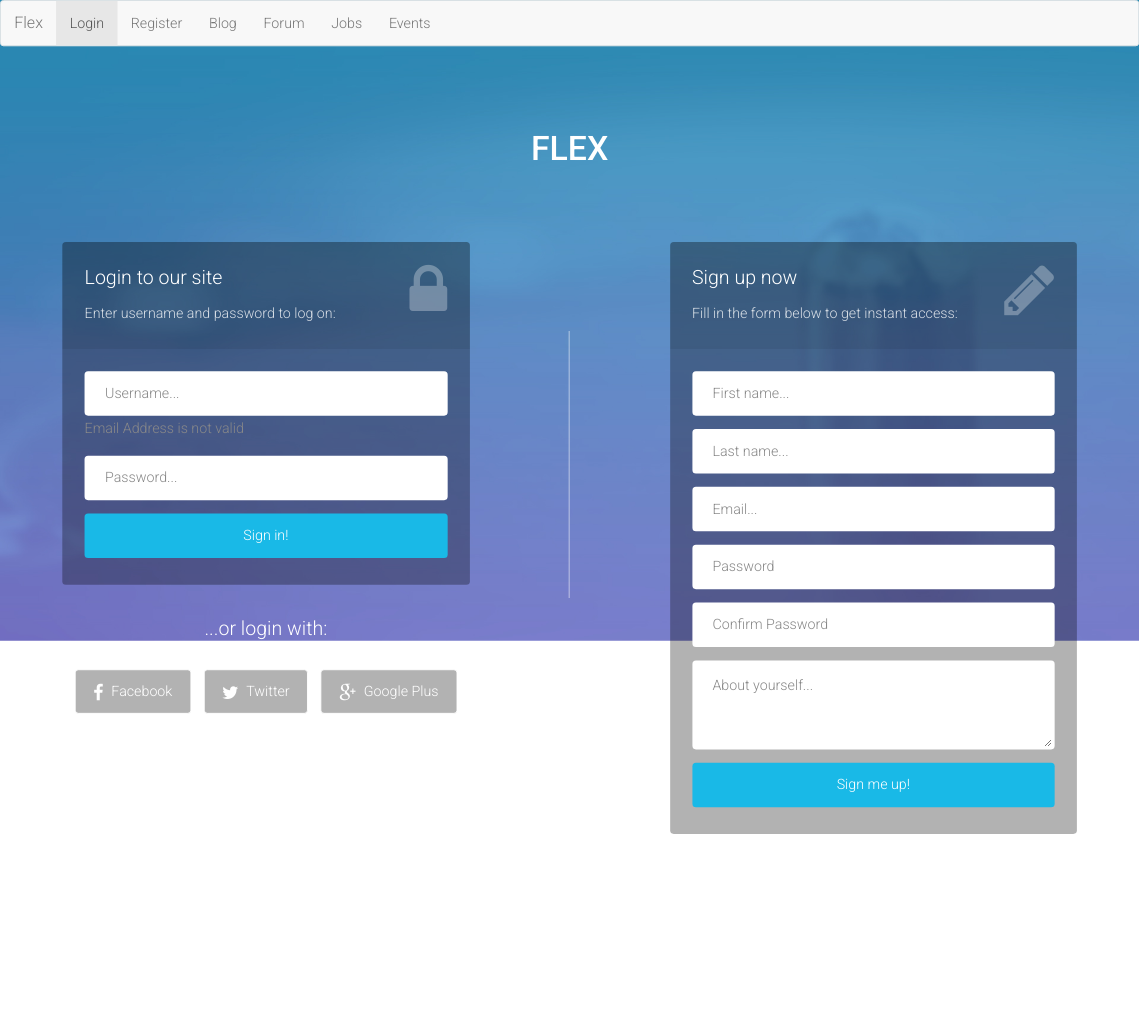
Repository: Angelamritha2012/Flex
Page: Collaboration/WebContent/index.html
These files come from the project's save history. The page is drawn as it stood at one moment and after the next save; the edit follows.
The browser window is 1280 px wide. The pictures show the whole page, at 89% of full size.

Above is the page before, as saved 2017-11-29 09:45:33.

### Collaboration/WebContent/index.html
<!DOCTYPE html>
<html lang="en">

    <head>

        <meta charset="utf-8">
        <meta http-equiv="X-UA-Compatible" content="IE=edge">
        <meta name="viewport" content="width=device-width, initial-scale=1">
        <title>FLEX</title>

        <!-- CSS -->
        <link rel="stylesheet" href="http://fonts.googleapis.com/css?family=Roboto:400,100,300,500">
        <link rel="stylesheet" href="assets/bootstrap/css/bootstrap.min.css">
        <link rel="stylesheet" href="assets/font-awesome/css/font-awesome.min.css">
		<link rel="stylesheet" href="assets/css/form-elements.css">
        <link rel="stylesheet" href="assets/css/style.css">

        <!-- HTML5 Shim and Respond.js IE8 support of HTML5 elements and media queries -->
        <!-- WARNING: Respond.js doesn't work if you view the page via file:// -->
        <!--[if lt IE 9]>
            <script src="https://oss.maxcdn.com/libs/html5shiv/3.7.0/html5shiv.js"></script>
            <script src="https://oss.maxcdn.com/libs/respond.js/1.4.2/respond.min.js"></script>
        <![endif]-->

        <!-- Favicon and touch icons -->
        <link rel="shortcut icon" href="assets/ico/favicon.png">
        <link rel="apple-touch-icon-precomposed" sizes="144x144" href="assets/ico/apple-touch-icon-144-precomposed.png">
        <link rel="apple-touch-icon-precomposed" sizes="114x114" href="assets/ico/apple-touch-icon-114-precomposed.png">
        <link rel="apple-touch-icon-precomposed" sizes="72x72" href="assets/ico/apple-touch-icon-72-precomposed.png">
        <link rel="apple-touch-icon-precomposed" href="assets/ico/apple-touch-icon-57-precomposed.png">

    </head>

    <body>

<nav class="navbar navbar-default">
  <div class="container-fluid">
    <div class="navbar-header">
      <a class="navbar-brand" href="#">Flex</a>
    </div>
    <ul class="nav navbar-nav">
      <li class="active"><a href="#">Login</a></li>
      <li><a href="#">Register</a></li>
      <li><a href="blog.html">Blog</a></li>
      <li><a href="forum.html">Forum</a></li>
	        <li><a href="job.html">Jobs</a></li>
	        <li><a href="event.html">Events</a></li>

    </ul>
  </div>
</nav>

        <!-- Top content -->
        <div class="top-content">

            <div class="inner-bg">
                <div class="container">

                    <div class="row">
                        <div class="col-sm-8 col-sm-offset-2 text">
                            <h1><strong>FLEX</strong></h1>

                        </div>
                    </div>

                    <div class="row">
                        <div class="col-sm-5">

                        	<div class="form-box">
	                        	<div class="form-top">
	                        		<div class="form-top-left">
	                        			<h3>Login to our site</h3>
	                            		<p>Enter username and password to log on:</p>
	                        		</div>
	                        		<div class="form-top-right">
	                        			<i class="fa fa-lock"></i>
	                        		</div>
	                            </div>
	                            <div class="form-bottom">
				                    <form role="form" action="" method="post" class="login-form">
				                    	<div class="form-group">
				                    		<label class="sr-only" for="form-username">Username</label>
				                        	<input type="text" name="form-username" placeholder="Username..." class="form-username form-control" id="form-username">
				                       <span ng-show="frm.email.$dirty && frm.email.$invalid">Email Address is not valid</span>

				                        </div>

				                        <div class="form-group">
				                        	<label class="sr-only" for="form-password">Password</label>
				                        	<input type="password" name="form-password" placeholder="Password..." class="form-password form-control" id="form-password">
				                        </div>
				                        <button type="submit" class="btn">Sign in!</button>
				                    </form>
			                    </div>
		                    </div>

		                	<div class="social-login">
	                        	<h3>...or login with:</h3>
	                        	<div class="social-login-buttons">
		                        	<a class="btn btn-link-2" href="#">
		                        		<i class="fa fa-facebook"></i> Facebook
		                        	</a>
		                        	<a class="btn btn-link-2" href="#">
		                        		<i class="fa fa-twitter"></i> Twitter
		                        	</a>
		                        	<a class="btn btn-link-2" href="#">
		                        		<i class="fa fa-google-plus"></i> Google Plus
		                        	</a>
	                        	</div>
	                        </div>

                        </div>

                        <div class="col-sm-1 middle-border"></div>
                        <div class="col-sm-1"></div>

                        <div class="col-sm-5">

                        	<div class="form-box">
                        		<div class="form-top">
	                        		<div class="form-top-left">
	                        			<h3>Sign up now</h3>
	                            		<p>Fill in the form below to get instant access:</p>
	                        		</div>
	                        		<div class="form-top-right">
	                        			<i class="fa fa-pencil"></i>
	                        		</div>
	                            </div>
	                            <div class="form-bottom">
				                    <form role="form" action="" method="post" class="registration-form">
				                    	<div class="form-group">
				                    		<label class="sr-only" for="form-first-name">First name</label>
				                        	<input type="text" name="form-first-name" placeholder="First name..." class="form-first-name form-control" id="form-first-name">
				                        </div>
				                        <div class="form-group">
				                        	<label class="sr-only" for="form-last-name">Last name</label>
				                        	<input type="text" name="form-last-name" placeholder="Last name..." class="form-last-name form-control" id="form-last-name">
				                        </div>
				                        <div class="form-group">
				                        	<label class="sr-only" for="form-email">Email</label>
				                        	<input type="text" name="form-email" placeholder="Email..." class="form-email form-control" id="form-email">
				                        </div>
										<div class="form-group">
				                        	<label class="sr-only" for="password">PassWord</label>
				                        	<input type="text" name="form-password" placeholder="Password" class="form-password form-control" id="form-password">
				                        </div>
										<div class="form-group">
				                        	<label class="sr-only" for="confirm password">Confirm PassWord</label>
				                        	<input type="text" name="form-confirm-password" placeholder="Confirm Password" class="form-confirm-password form-control" id="form-confirm-password">
				                        </div>
				                        <div class="form-group">
				                        	<label class="sr-only" for="form-about-yourself">About yourself</label>
				                        	<textarea name="form-about-yourself" placeholder="About yourself..."
				                        				class="form-about-yourself form-control" id="form-about-yourself"></textarea>
				                        </div>
				                        <button type="submit" class="btn">Sign me up!</button>
				                    </form>
			                    </div>
                        	</div>

                        </div>
                    </div>

                </div>
            </div>

        </div>

        <!-- Footer -->
        <footer>
        	<div class="container">
        		<div class="row">

        			<div class="col-sm-8 col-sm-offset-2">
        				<div class="footer-border"></div>
        				<p>Made by Flex at <a href="http://azmind.com" target="_blank"><strong>FLEX</strong></a>
        					having a lot of fun. <i class="fa fa-smile-o"></i></p>
        			</div>

        		</div>
        	</div>
        </footer>

        <!-- Javascript -->
        <script src="assets/js/jquery-1.11.1.min.js"></script>
        <script src="assets/bootstrap/js/bootstrap.min.js"></script>
        <script src="assets/js/jquery.backstretch.min.js"></script>
        <script src="assets/js/scripts.js"></script>

        <!--[if lt IE 10]>
            <script src="assets/js/placeholder.js"></script>
        <![endif]-->

    </body>

</html>

### Collaboration/WebContent/assets/css/form-elements.css

input[type="text"],
input[type="password"],
textarea,
textarea.form-control {
	height: 50px;
    margin: 0;
    padding: 0 20px;
    vertical-align: middle;
    background: #fff;
    border: 3px solid #fff;
    font-family: 'Roboto', sans-serif;
    font-size: 16px;
    font-weight: 300;
    line-height: 50px;
    color: #888;
    -moz-border-radius: 4px; -webkit-border-radius: 4px; border-radius: 4px;
    -moz-box-shadow: none; -webkit-box-shadow: none; box-shadow: none;
    -o-transition: all .3s; -moz-transition: all .3s; -webkit-transition: all .3s; -ms-transition: all .3s; transition: all .3s;
}

textarea,
textarea.form-control {
	padding-top: 10px;
	padding-bottom: 10px;
	line-height: 30px;
}

input[type="text"]:focus,
input[type="password"]:focus,
textarea:focus,
textarea.form-control:focus {
	outline: 0;
	background: #fff;
    border: 3px solid #fff;
    -moz-box-shadow: none; -webkit-box-shadow: none; box-shadow: none;
}

input[type="text"]:-moz-placeholder, input[type="password"]:-moz-placeholder,
textarea:-moz-placeholder, textarea.form-control:-moz-placeholder { color: #888; }

input[type="text"]:-ms-input-placeholder, input[type="password"]:-ms-input-placeholder,
textarea:-ms-input-placeholder, textarea.form-control:-ms-input-placeholder { color: #888; }

input[type="text"]::-webkit-input-placeholder, input[type="password"]::-webkit-input-placeholder,
textarea::-webkit-input-placeholder, textarea.form-control::-webkit-input-placeholder { color: #888; }



button.btn {
	height: 50px;
    margin: 0;
    padding: 0 20px;
    vertical-align: middle;
    background: #19b9e7;
    border: 0;
    font-family: 'Roboto', sans-serif;
    font-size: 16px;
    font-weight: 300;
    line-height: 50px;
    color: #fff;
    -moz-border-radius: 4px; -webkit-border-radius: 4px; border-radius: 4px;
    text-shadow: none;
    -moz-box-shadow: none; -webkit-box-shadow: none; box-shadow: none;
    -o-transition: all .3s; -moz-transition: all .3s; -webkit-transition: all .3s; -ms-transition: all .3s; transition: all .3s;
}

button.btn:hover { opacity: 0.6; color: #fff; }

button.btn:active { outline: 0; opacity: 0.6; color: #fff; -moz-box-shadow: none; -webkit-box-shadow: none; box-shadow: none; }

button.btn:focus { outline: 0; opacity: 0.6; background: #19b9e7; color: #fff; }

button.btn:active:focus, button.btn.active:focus { outline: 0; opacity: 0.6; background: #19b9e7; color: #fff; }

### Collaboration/WebContent/assets/css/style.css

body {
    font-family: 'Roboto', sans-serif;
    font-size: 16px;
    font-weight: 300;
    color: #888;
    line-height: 30px;
    text-align: center;
}

strong { font-weight: 500; }

a, a:hover, a:focus {
	color: #19b9e7;
	text-decoration: none;
    -o-transition: all .3s; -moz-transition: all .3s; -webkit-transition: all .3s; -ms-transition: all .3s; transition: all .3s;
}

h1, h2 {
	margin-top: 10px;
	font-size: 38px;
    font-weight: 100;
    color: #555;
    line-height: 50px;
}

h3 {
	font-size: 22px;
    font-weight: 300;
    color: #555;
    line-height: 30px;
}

img { max-width: 100%; }

::-moz-selection { background: #19b9e7; color: #fff; text-shadow: none; }
::selection { background: #19b9e7; color: #fff; text-shadow: none; }


.btn-link-1 {
	display: inline-block;
	height: 50px;
	margin: 5px;
	padding: 16px 20px 0 20px;
	background: #19b9e7;
	font-size: 16px;
    font-weight: 300;
    line-height: 16px;
    color: #fff;
    -moz-border-radius: 4px; -webkit-border-radius: 4px; border-radius: 4px;
}
.btn-link-1:hover, .btn-link-1:focus, .btn-link-1:active { outline: 0; opacity: 0.6; color: #fff; }

.btn-link-1.btn-link-1-facebook { background: #4862a3; }
.btn-link-1.btn-link-1-twitter { background: #55acee; }
.btn-link-1.btn-link-1-google-plus { background: #dd4b39; }

.btn-link-1 i {
	padding-right: 5px;
	vertical-align: middle;
	font-size: 20px;
	line-height: 20px;
}

.btn-link-2 {
	display: inline-block;
	height: 50px;
	margin: 5px;
	padding: 15px 20px 0 20px;
	background: rgba(0, 0, 0, 0.3);
	border: 1px solid #fff;
	font-size: 16px;
    font-weight: 300;
    line-height: 16px;
    color: #fff;
    -moz-border-radius: 4px; -webkit-border-radius: 4px; border-radius: 4px;
}
.btn-link-2:hover, .btn-link-2:focus,
.btn-link-2:active, .btn-link-2:active:focus { outline: 0; opacity: 0.6; background: rgba(0, 0, 0, 0.3); color: #fff; }

.btn-link-2 i {
	padding-right: 5px;
	vertical-align: middle;
	font-size: 20px;
	line-height: 20px;
}


/***** Top content *****/

.inner-bg {
    padding: 60px 0 80px 0;
}

.top-content .text {
	color: #fff;
}

.top-content .text h1 { color: #fff; }

.top-content .description {
	margin: 20px 0 10px 0;
}

.top-content .description p { opacity: 0.8; }

.top-content .description a {
	color: #fff;
}
.top-content .description a:hover,
.top-content .description a:focus { border-bottom: 1px dotted #fff; }

.form-box {
	margin-top: 70px;
}

.form-top {
	overflow: hidden;
	padding: 0 25px 15px 25px;
	background: #444;
	background: rgba(0, 0, 0, 0.35);
	-moz-border-radius: 4px 4px 0 0; -webkit-border-radius: 4px 4px 0 0; border-radius: 4px 4px 0 0;
	text-align: left;
}

.form-top-left {
	float: left;
	width: 75%;
	padding-top: 25px;
}

.form-top-left h3 { margin-top: 0; color: #fff; }
.form-top-left p { opacity: 0.8; color: #fff; }

.form-top-right {
	float: left;
	width: 25%;
	padding-top: 5px;
	font-size: 66px;
	color: #fff;
	line-height: 100px;
	text-align: right;
	opacity: 0.3;
}

.form-bottom {
	padding: 25px 25px 30px 25px;
	background: #444;
	background: rgba(0, 0, 0, 0.3);
	-moz-border-radius: 0 0 4px 4px; -webkit-border-radius: 0 0 4px 4px; border-radius: 0 0 4px 4px;
	text-align: left;
}

.form-bottom form textarea {
	height: 100px;
}

.form-bottom form button.btn {
	width: 100%;
}

.form-bottom form .input-error {
	border-color: #19b9e7;
}

.social-login {
	margin-top: 35px;
}

.social-login h3 {
	color: #fff;
}

.social-login-buttons {
	margin-top: 25px;
}

.middle-border {
	min-height: 300px;
	margin-top: 170px;
	border-right: 1px solid #fff;
	border-right: 1px solid rgba(255, 255, 255, 0.6);
}


/***** Footer *****/

footer {
	padding-bottom: 70px;
	color: #fff;
}

footer .footer-border {
	width: 200px;
	margin: 0 auto;
	padding-bottom: 30px;
	border-top: 1px solid #fff;
	border-top: 1px solid rgba(255, 255, 255, 0.6);
}

footer p { opacity: 0.8; }

footer a {
	color: #fff;
}
footer a:hover, footer a:focus { color: #fff; border-bottom: 1px dotted #fff; }


/***** Media queries *****/

@media (min-width: 992px) and (max-width: 1199px) {}

@media (min-width: 768px) and (max-width: 991px) {}

@media (max-width: 767px) {

	.middle-border { min-height: auto; margin: 65px 30px 0 30px; border-right: 0;
						border-top: 1px solid #fff; border-top: 1px solid rgba(255, 255, 255, 0.6); }

}

@media (max-width: 415px) {

	h1, h2 { font-size: 32px; }

}

/***pagination***/

.center {
    text-align: center;
}

.pagination {
    display: inline-block;
}

.pagination a {
    color: black;
    float: left;
    padding: 8px 16px;
    text-decoration: none;
    transition: background-color .3s;
    border: 1px solid #ddd;
    margin: 0 4px;
}

.pagination a.active {
    background-color: #4CAF50;
    color: white;
    border: 1px solid #4CAF50;
}

.pagination a:hover:not(.active) {background-color: #ddd;}
/* The Modal (background) */
.modal {
    display: none; /* Hidden by default */
    position: fixed; /* Stay in place */
    z-index: 1; /* Sit on top */
    left: 0;
    top: 0;
    width: 100%; /* Full width */
    height: 100%; /* Full height */
    overflow: auto; /* Enable scroll if needed */
    background-color: rgb(0,0,0); /* Fallback color */
    background-color: rgba(0,0,0,0.4); /* Black w/ opacity */
    padding-top: 60px;
}

/* Modal Content/Box */
.modal-content {
    background-color: #fefefe;
    margin: 5px auto; /* 15% from the top and centered */
    border: 1px solid #888;
    width: 80%; /* Could be more or less, depending on screen size */
}

/* The Close Button */
.close {
    /* Position it in the top right corner outside of the modal */
    position: absolute;
    right: 25px;
    top: 0;
    color: #000;
    font-size: 35px;
    font-weight: bold;
}

/* Close button on hover */
.close:hover,
.close:focus {
    color: red;
    cursor: pointer;
}

/* Add Zoom Animation */
.animate {
    -webkit-animation: animatezoom 0.6s;
    animation: animatezoom 0.6s
}

@-webkit-keyframes animatezoom {
    from {-webkit-transform: scale(0)}
    to {-webkit-transform: scale(1)}
}

@keyframes animatezoom {
    from {transform: scale(0)}
    to {transform: scale(1)}
}

/*
    Image credits:
    uifaces.com (http://uifaces.com/authorized)
*/

#login { display: none; }
.login,
.logout {
    position: absolute;
    top: -3px;
    right: 0;
}
.page-header { position: relative; }
.reviews {
    color: #555;
    font-weight: bold;
    margin: 10px auto 20px;
}
.notes {
    color: #999;
    font-size: 12px;
}
.media .media-object { max-width: 120px; }
.media-body { position: relative; }
.media-date {
    position: absolute;
    right: 25px;
    top: 25px;
}
.media-date li { padding: 0; }
.media-date li:first-child:before { content: ''; }
.media-date li:before {
    content: '.';
    margin-left: -2px;
    margin-right: 2px;
}
.media-comment { margin-bottom: 20px; }
.media-replied { margin: 0 0 20px 50px; }
.media-replied .media-heading { padding-left: 6px; }

.btn-circle {
    font-weight: bold;
    font-size: 12px;
    padding: 6px 15px;
    border-radius: 20px;
}
.btn-circle span { padding-right: 6px; }
.embed-responsive { margin-bottom: 20px; }
.tab-content {
    padding: 50px 15px;
    border: 1px solid #ddd;
    border-top: 0;
    border-bottom-right-radius: 4px;
    border-bottom-left-radius: 4px;
}
.custom-input-file {
    overflow: hidden;
    position: relative;
    width: 120px;
    height: 120px;
    background: #eee url('https://s3.amazonaws.com/uifaces/faces/twitter/walterstephanie/128.jpg');
    background-size: 120px;
    border-radius: 120px;
}
input[type="file"]{
    z-index: 999;
    line-height: 0;
    font-size: 0;
    position: absolute;
    opacity: 0;
    filter: alpha(opacity = 0);-ms-filter: "alpha(opacity=0)";
    margin: 0;
    padding:0;
    left:0;
}
.uploadPhoto {
    position: absolute;
    top: 25%;
    left: 25%;
    display: none;
    width: 50%;
    height: 50%;
    color: #fff;
    text-align: center;
    line-height: 60px;
    text-transform: uppercase;
    background-color: rgba(0,0,0,.3);
    border-radius: 50px;
    cursor: pointer;
}
.custom-input-file:hover .uploadPhoto { display: block; }

### Collaboration/WebContent/assets/js/scripts.js

jQuery(document).ready(function() {

    /*
        Fullscreen background
    */
    $.backstretch("assets/img/backgrounds/1.jpg");

    /*
        Login form validation
    */
    $('.login-form input[type="text"], .login-form input[type="password"], .login-form textarea').on('focus', function() {
    	$(this).removeClass('input-error');
    });

    $('.login-form').on('submit', function(e) {

    	$(this).find('input[type="text"], input[type="password"], textarea').each(function(){
    		if( $(this).val() == "" ) {
    			e.preventDefault();
    			$(this).addClass('input-error');
    		}
    		else {
    			$(this).removeClass('input-error');
    		}
    	});

    });

    /*
        Registration form validation
    */
    $('.registration-form input[type="text"], .registration-form textarea').on('focus', function() {
    	$(this).removeClass('input-error');
    });

    $('.registration-form').on('submit', function(e) {

    	$(this).find('input[type="text"], textarea').each(function(){
    		if( $(this).val() == "" ) {
    			e.preventDefault();
    			$(this).addClass('input-error');
    		}
    		else {
    			$(this).removeClass('input-error');
    		}
    	});

    });


});

Loaded but not shown: Collaboration/WebContent/assets/bootstrap/css/bootstrap.min.css (library); Collaboration/WebContent/assets/font-awesome/css/font-awesome.min.css (library); Collaboration/WebContent/assets/js/jquery-1.11.1.min.js (library); Collaboration/WebContent/assets/bootstrap/js/bootstrap.min.js (library); Collaboration/WebContent/assets/js/jquery.backstretch.min.js (library)

After the next save:
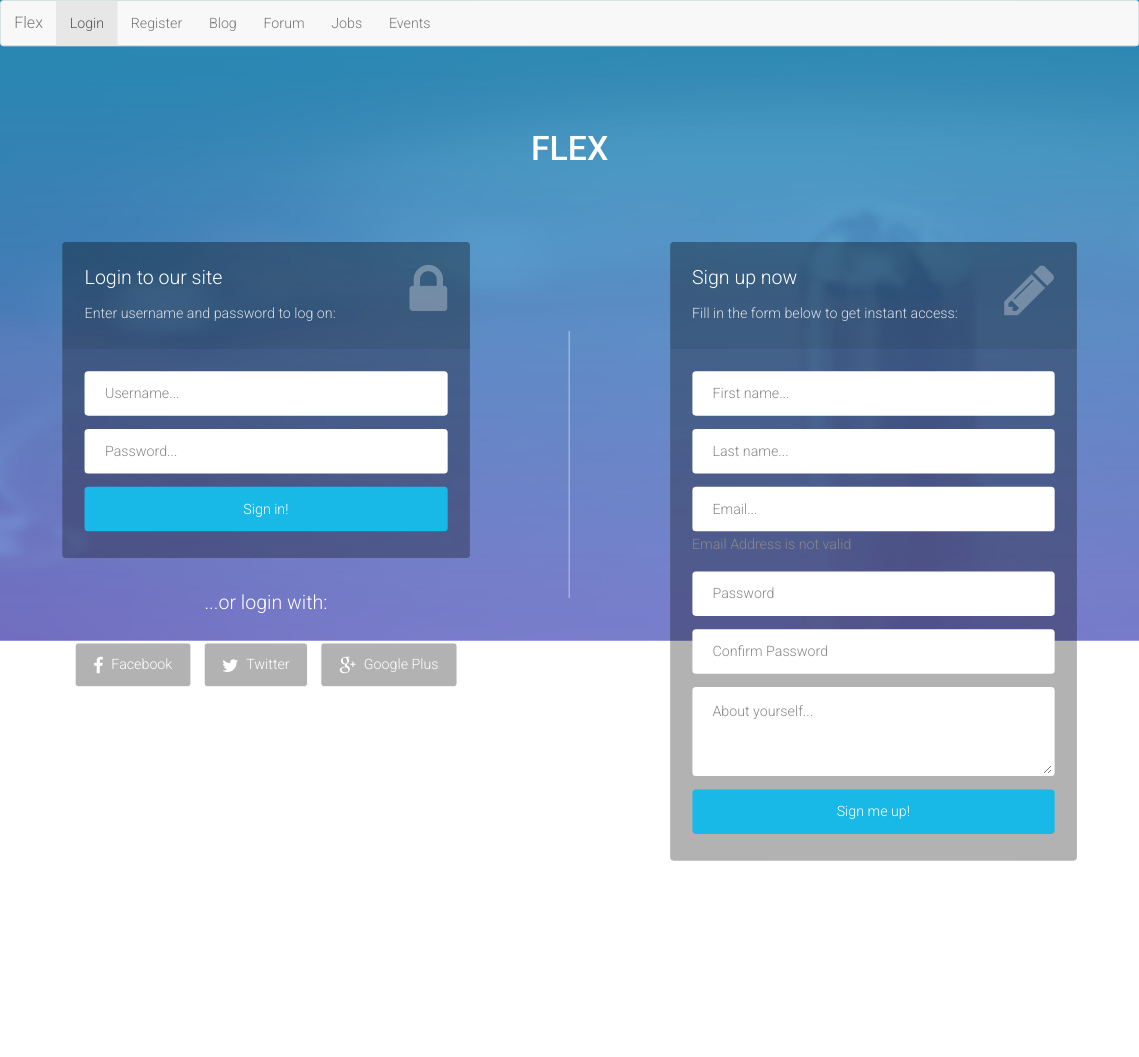
Saved 70 s later.
--- a/Collaboration/WebContent/index.html
+++ b/Collaboration/WebContent/index.html
@@ -81,7 +81,6 @@
 				                    	<div class="form-group">
 				                    		<label class="sr-only" for="form-username">Username</label>
 				                        	<input type="text" name="form-username" placeholder="Username..." class="form-username form-control" id="form-username">
-				                       <span ng-show="frm.email.$dirty && frm.email.$invalid">Email Address is not valid</span>
 
 				                        </div>
 
@@ -139,7 +138,10 @@
 				                        <div class="form-group">
 				                        	<label class="sr-only" for="form-email">Email</label>
 				                        	<input type="text" name="form-email" placeholder="Email..." class="form-email form-control" id="form-email">
+				                        				                       <span ng-show="frm.email.$dirty && frm.email.$invalid">Email Address is not valid</span>
+
 				                        </div>
+
 										<div class="form-group">
 				                        	<label class="sr-only" for="password">PassWord</label>
 				                        	<input type="text" name="form-password" placeholder="Password" class="form-password form-control" id="form-password">
